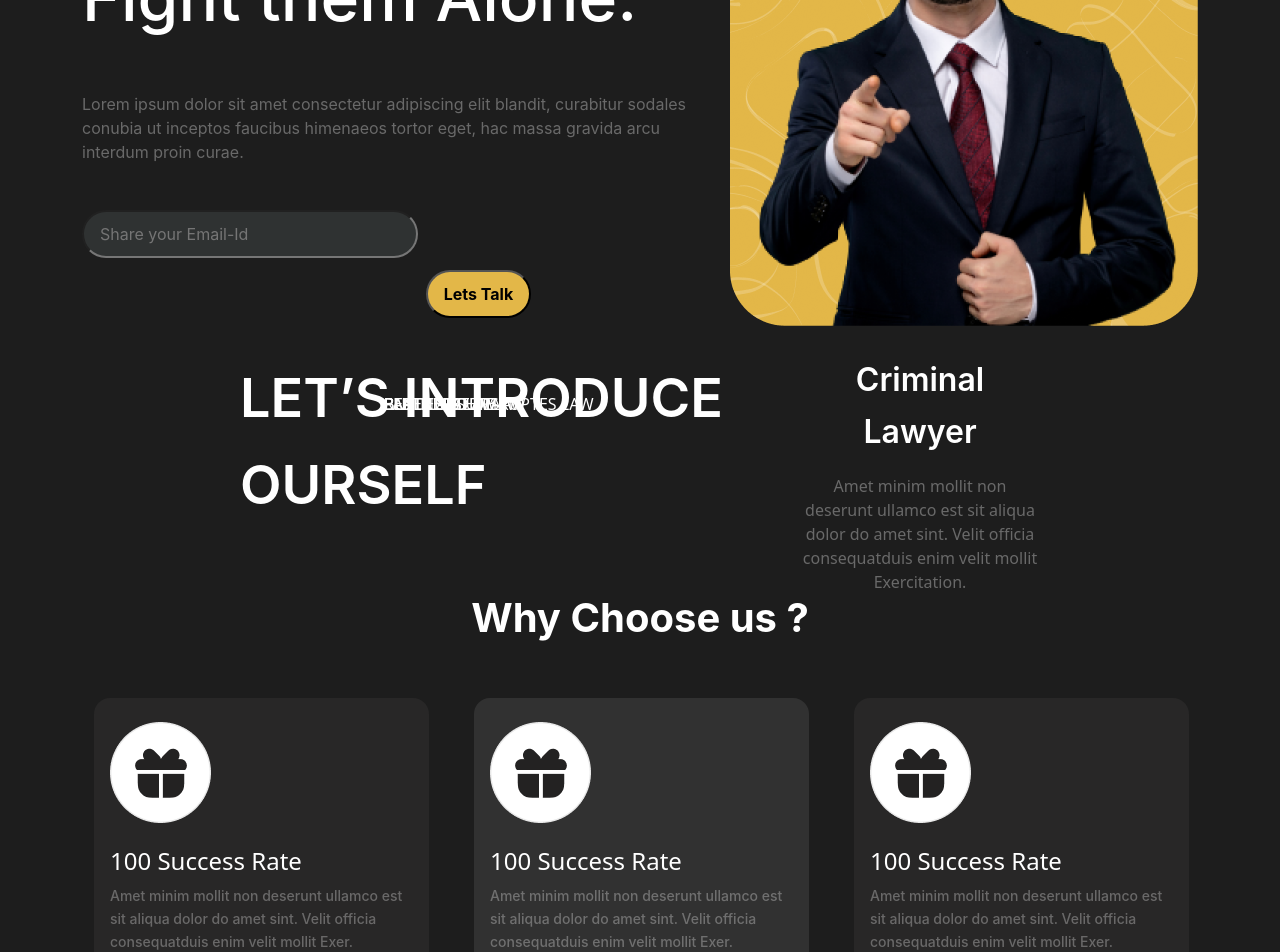
Repository: Senthil-Bala/LawFirm
Page: /
The author's editor kept a copy of each file at every save. The page is drawn from the files as they stood at one save, then again after the next save.
The browser window is 1280 px wide. The pictures show the part of the page from y = 288 to 1240 px (the page is 4053 px tall).
The project was rebuilt for these pictures with package versions that can differ from the ones it lists, and the page was loaded fresh each time. Also part of the build but not shown: src/App.css, src/Components/Frequents/Accordionss.css, src/Components/Frequents/Accordionss.jsx.

Above is the page before, as saved 2023-11-29 19:00:48.

After the next save:
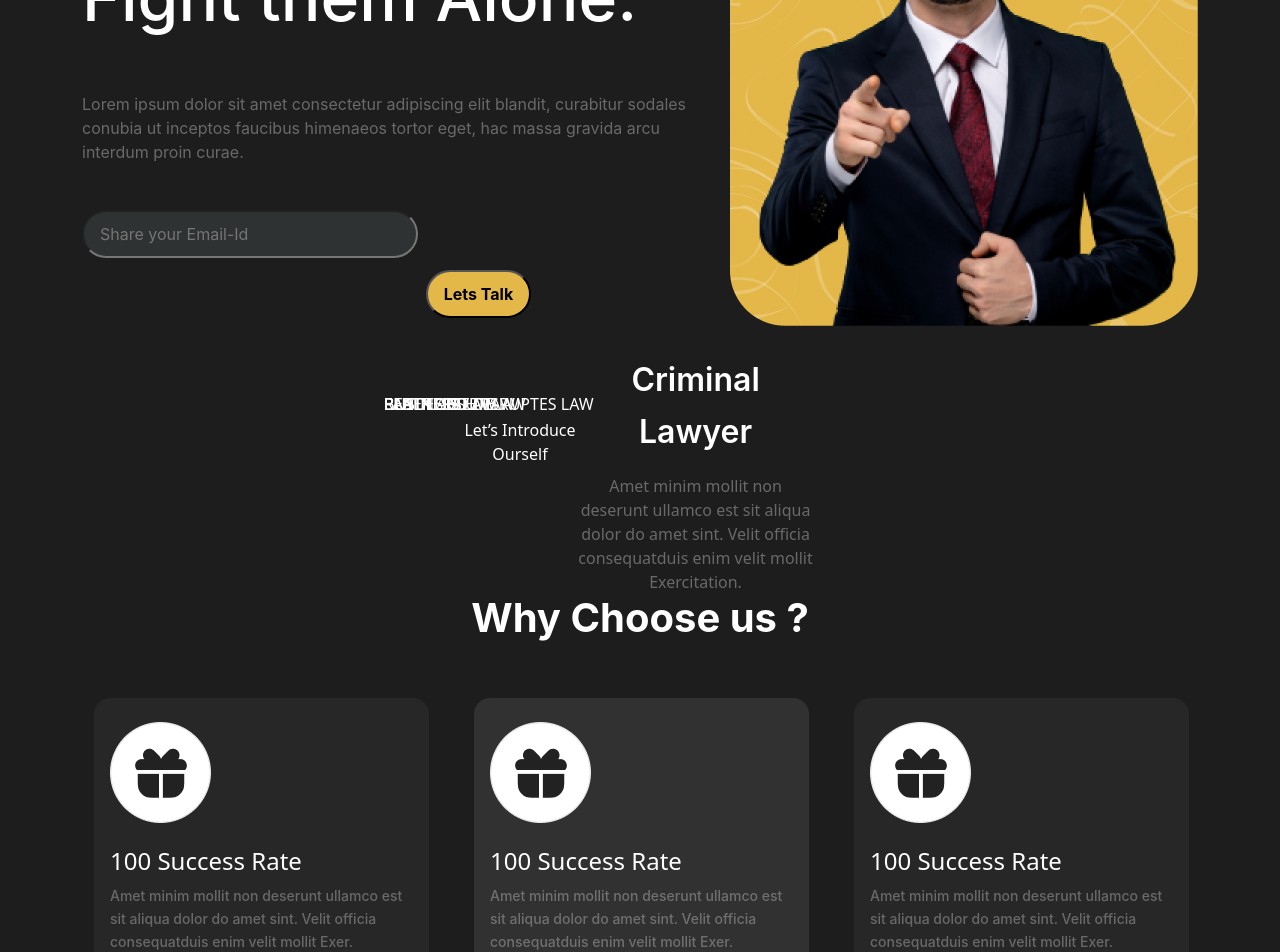
Saved 77 s later.
--- a/src/Components/Mainss/Main.jsx
+++ b/src/Components/Mainss/Main.jsx
@@ -6,7 +6,7 @@ import Col from 'react-bootstrap/Col';
 function Main() {
   return (
     <div className="main">
-    <div className="left">
+    <div className="leftOne">
         <p>Let’s Introduce <br /> Ourself</p>
     </div>
     {/* <div className="vertical-line"></div> */}
